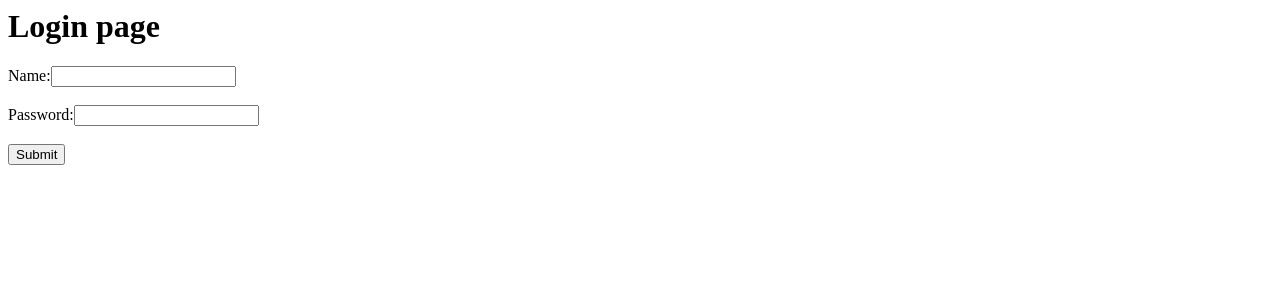
Repository: diksha847/ServletProjectsAllInOne
Page: http://localhost/servelet_project2/serv
The author's editor kept a copy of each file at every save. The page is drawn from the files as they stood at one save, then again after the next save.
The browser window is 1280 px wide. The pictures show the whole page.
The page is served by Tomcat 9.

Above is the page before, as saved 2024-11-11 16:36:54.

### servelet_project2/src/main/java/demo/Servlet.java
package demo;

import java.io.IOException;
import java.io.PrintWriter;

import javax.servlet.ServletException;
import javax.servlet.annotation.WebServlet;
import javax.servlet.http.HttpServlet;
import javax.servlet.http.HttpServletRequest;
import javax.servlet.http.HttpServletResponse;

@WebServlet("/serv")
public class Servlet extends HttpServlet {

	@Override
	protected void service(HttpServletRequest req, HttpServletResponse resp) throws ServletException, IOException {

		resp.setContentType("text/html");
		PrintWriter pw=resp.getWriter();
		pw.println("<h1>Login page</h1>");

		pw.println("<form>");
		pw.println("Name:<input type=\"text\"><br><br>");
		pw.println("Password:<input type=\"password\"><br><br>");
		pw.println("<input type=\"submit\">");
		pw.println("</form>");



	}

}

After the next save:
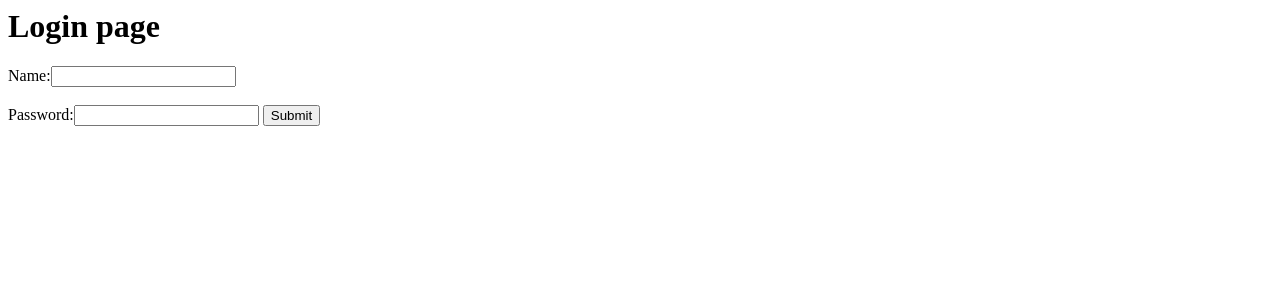
Saved 15 h 19 min later.
--- a/servelet_project2/src/main/java/demo/Servlet.java
+++ b/servelet_project2/src/main/java/demo/Servlet.java
@@ -21,9 +21,8 @@ public class Servlet extends HttpServlet {
 
 		pw.println("<form>");
 		pw.println("Name:<input type=\"text\"><br><br>");
-		pw.println("Password:<input type=\"password\"><br><br>");
+		pw.println("Password:<input type=\"password\">");
 		pw.println("<input type=\"submit\">");
-		pw.println("</form>");
 
 
 
